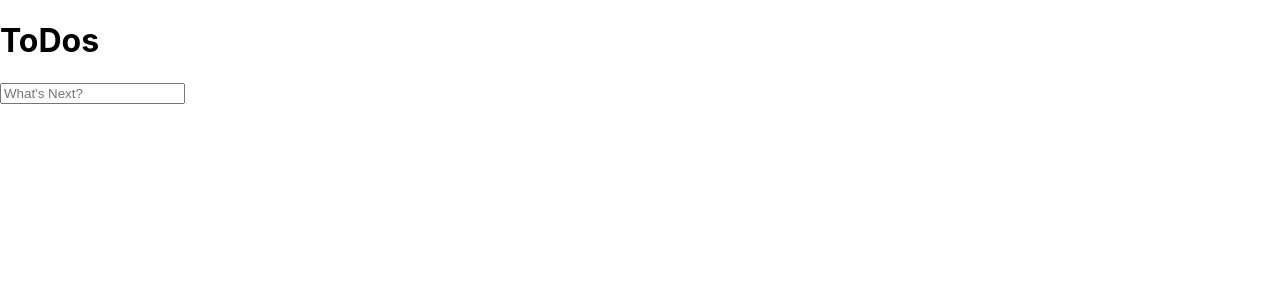
Repository: shuroo/FECourse-final-ex-todos
Page: /
These files come from the project's save history. The page is drawn as it stood at one moment and after the next save; the edit follows.
The browser window is 1280 px wide. The pictures show the whole page.
The project was rebuilt for these pictures with package versions that can differ from the ones it lists, and the page was loaded fresh each time. Also part of the build but not shown: src/App.css, src/components/FooterBar.jsx, src/components/ActiveTasksComponent.jsx, src/components/CompletedTasksComponent.jsx. Imported but missing from the stored project, and not drawn on this page: src/components/AllTasksComponent.

Above is the page before, as saved 2021-08-03 17:58:56.

After the next save:
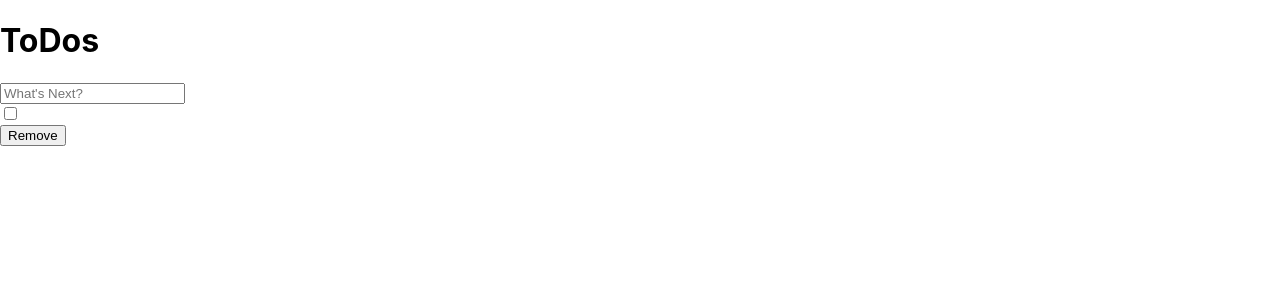
Saved 4 min 21 s later.
--- a/src/pages/HomePage.jsx
+++ b/src/pages/HomePage.jsx
@@ -22,7 +22,7 @@
 function HomePage(){
 
     const [tasks, setTasks] = useState([]);
-    const [count, setCount] = useState(0);
+    const [taskToAdd, setTaskToAdd] = useState("");
     const defaultFilter = (()=>true);
     const [filterBy, setFilterBy] = useState((()=>true));
     const [taskToRemove, setTaskToRemove] = useState("");
@@ -35,12 +35,13 @@
         const taskToAdd = new TaskModel(newTaskName,false);
         const tasksCpy = [...tasks];
         tasksCpy.push(taskToAdd);
-        useEffect(() => {
         setTasks(tasksCpy);
-        },[tasks]);
-        setCount(count + 1);
 
     }
+
+    useEffect(() => {
+        updateTasks()
+     }, [taskToAdd])
 
     function changeFilterView(value){
 

After the 4 saves that followed:
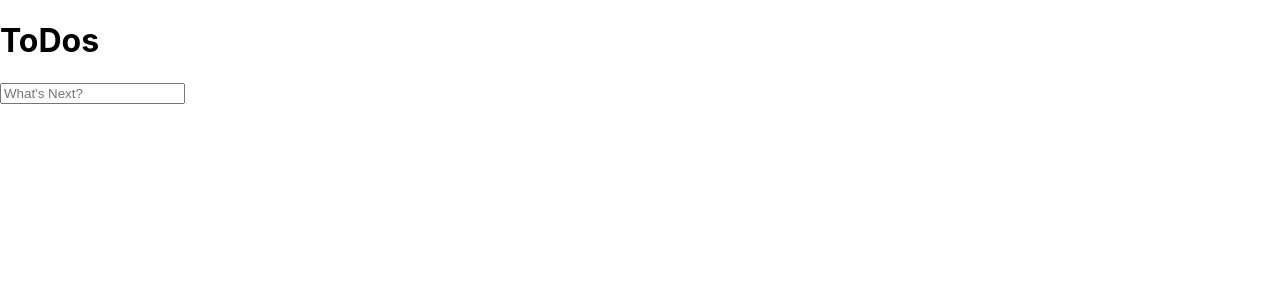
The 4 saves are shown as one change because 3 left the picture as it was.
The last was saved 3 min 51 s later.
--- a/src/pages/HomePage.jsx
+++ b/src/pages/HomePage.jsx
@@ -40,7 +40,7 @@
     }
 
     useEffect(() => {
-        updateTasks()
+        updateTasks();
      }, [taskToAdd])
 
     function changeFilterView(value){
@@ -61,13 +61,13 @@
         setTasks(tasksCpy);
     }
 
-    // useEffect(() => {
-    //     removeTask(taskToRemove);
-    //   }, [taskToRemove])
+    useEffect(() => {
+        removeTask(taskToRemove);
+      }, [taskToRemove])
 
     return (<Container>
             <h1>ToDos</h1>
-            <FormComponent tasks={tasks} setTasks={updateTasks}/>
+            <FormComponent tasks={tasks} setTasks={setTaskToAdd}/>
             <TasksView tasks={tasks} removeTask={setTaskToRemove} filterBy={filterBy}/>
             {/* <FooterBar filterBy={filterBy} updateFilter={changeFilterView} /> */}
             </Container>
--- a/src/components/FormComponent.jsx
+++ b/src/components/FormComponent.jsx
@@ -9,7 +9,8 @@ function FormComponent({tasks,setTasks}) {
 
     function addATask(e){
         if(e.charCode===13){
-            setTasks();
+          const newTaskName = document.getElementById("tasksAddInput").value;
+            setTasks(newTaskName);
           }
 
     }
